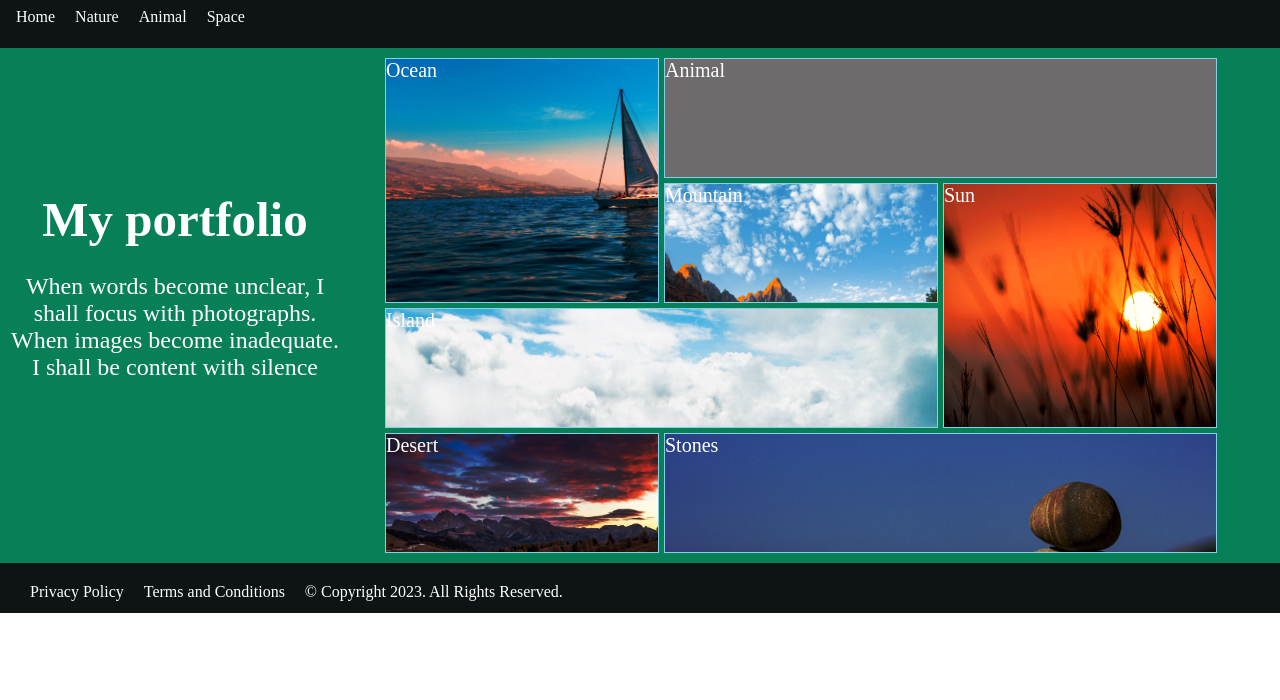
Repository: suraj-yadav7/03_Gallery_Portfolio
Page: index.html
The author's editor kept a copy of each file at every save. The page is drawn from the files as they stood at one save, then again after the next save.
The browser window is 1280 px wide. The pictures show the whole page.
Pictures or frames that could not be fetched are drawn as grey boxes. Some web fonts or font styles are not loaded; a fallback is used.

Above is the page before, as saved 2023-02-14 21:37:48.

### index.html
<!DOCTYPE html>
<html lang="en">
<head>
    <meta charset="UTF-8">
    <meta http-equiv="X-UA-Compatible" content="IE=edge">
    <meta name="viewport" content="width=device-width, initial-scale=1.0">
    <title>Gallery</title>
    <link rel="stylesheet" href="style.css">
</head>
<body>
    <nav class="nav-section">
        <div class="nav-container">
        <ul class="nav-item flex">
            <li>    <a href="#">Home</a>   </li>
            <li>    <a href="#">Nature</a> </li>
            <li>    <a href="#">Animal</a> </li>
            <li>    <a href="#">Space</a> </li>
        </ul>
        </div>
    </nav>

        <div class="container flex">
            <div class="header-text">
                <h1 class="heading">My portfolio</h1>
                <p class="para">When words become unclear, I shall focus with photographs. When images become inadequate. I shall be content with silence</p>
            </div>
            <div class="gallery-layout">
                <div class="box" id="box1">Ocean</div>
                <div class="box" id="box2">Animal</div>
                <div class="box" id="box3">Mountain</div>
                <div class="box" id="box4">Sun</div>
                <div class="box" id="box5">Island</div>
                <div class="box" id="box6">Desert</div>
                <div class="box" id="box7">Stones</div>
            </div>
        </div>
        <footer>
            <div class="flex">
                <a>Privacy Policy</a>
                <a>Terms and Conditions</a>
                <a>© Copyright 2023. All Rights Reserved.</a>
            </div>
        </footer>
</body>
</html>

### style.css
@import url('https://fonts.googleapis.com/css2?family=Bodoni+Moda:ital,opsz@0,6..96;1,6..96&display=swap');

*{
    margin: 0;
    padding: 0;
    box-sizing: border-box;
}

:root{
    --primary-text-color: #1a0000;
    --secondary-text-color:  #33331a;
    --accent-color:  #cc99ff;
    --accent-dark-color: #4d88ff;
    --padding-inline-section: 20px;
}


/* Utility */


a{
    text-decoration: none;
    color: rgb(255, 255, 255);


}

.flex{
    display: flex;
    align-items: center;

}

/* Nav section */
.nav-container{
    background-color: rgb(14, 20, 20);
    padding: 1rem;
    font-family: 'Bodoni Moda', serif;
    font-size: 1rem;
    height: 3rem;


}
.nav-item{
    gap: 20px;
    list-style: none;
    margin-top: -0.5rem;
}
a:hover{
    color:#fff;
}

/*main -section */
.container{
    background-color: rgb(7, 127, 87);
    padding-block: 10px;
    gap: 35px;
    font-family: "bodoni modo" ;

}
.header-text{
    height: 250px;
   width: 350px;
    color: white;
    text-align: center;
    padding: 10px;

}
.heading{
    font-size: 49px;
}
.para{
    margin-top: 25px;
    font-size: 1.5rem;
}
.gallery-layout{
    display: grid;
    row-gap: 5px;
    column-gap: 5px;
    grid-template-columns: repeat(3, 1fr);
    grid-auto-rows: 120px;
    flex-basis: 65%;

}

.box{
    background-color: rgb(63, 60, 60);
    border: 1px solid skyblue;
    background-size: cover;
    background-position: top;
    background-blend-mode: hard-light;
    transition: all 1s ease-in-out;
    cursor: pointer;
    color: white;
    font-size: 20px;


}
.box:hover{
    background-color:rgb(210, 204, 204) ;
    background-position: center;

    box-shadow: 0 0 4px #fff;

}

#box1{
    grid-row: span 2;
    background-image: url("images/pexels-szelei-robert-1482193.jpg");


}

#box2{
    grid-column: span 2;
    background-image: url("images/pexels-dsd-1829979.jpg");

}
#box3{
    background-image: url("images/pexels-michael-block-3225517.jpg");

}

#box4{
    grid-row: span 2;
    background-image: url("images/pexels-darwis-alwan-1454752.jpg");
}

#box5{
    grid-column: span 2;
    background-image: url("images/pexels-michael-block-3225524.jpg");

}
#box6{
    background-image: url("images/pexels-michal-lizuch-2919720.jpg");

}

#box7{
    grid-column: span 2;
    background-image: url("images/pexels-pixabay-235990.jpg");

}


/* Footer */
footer{
    height: 50px;
    max-width: 100%;
    background-color: rgb(14, 20, 20);
    padding: var(--padding-inline-section);
    font-family: 'Bodoni Moda', serif;
    font-size: 1rem;
}
footer a{
margin:0 10px;
}
/* media queries for Mobile Responsiveness */

@media screen and (max-width: 1024px){

    .container{
        flex-direction: column;
        padding: 20px;
    }
    .box{
        grid-column: span 3;
        grid-row: span 1;

    }
.gallery-layout{
    margin-top:-20px;
    width: 100%;
    grid-auto-rows: 100px;
    padding-inline: 12px;
    row-gap: 10px;

}
#box2, #box5, #box7{
    grid-column: span 3;
}

}

After the next save:
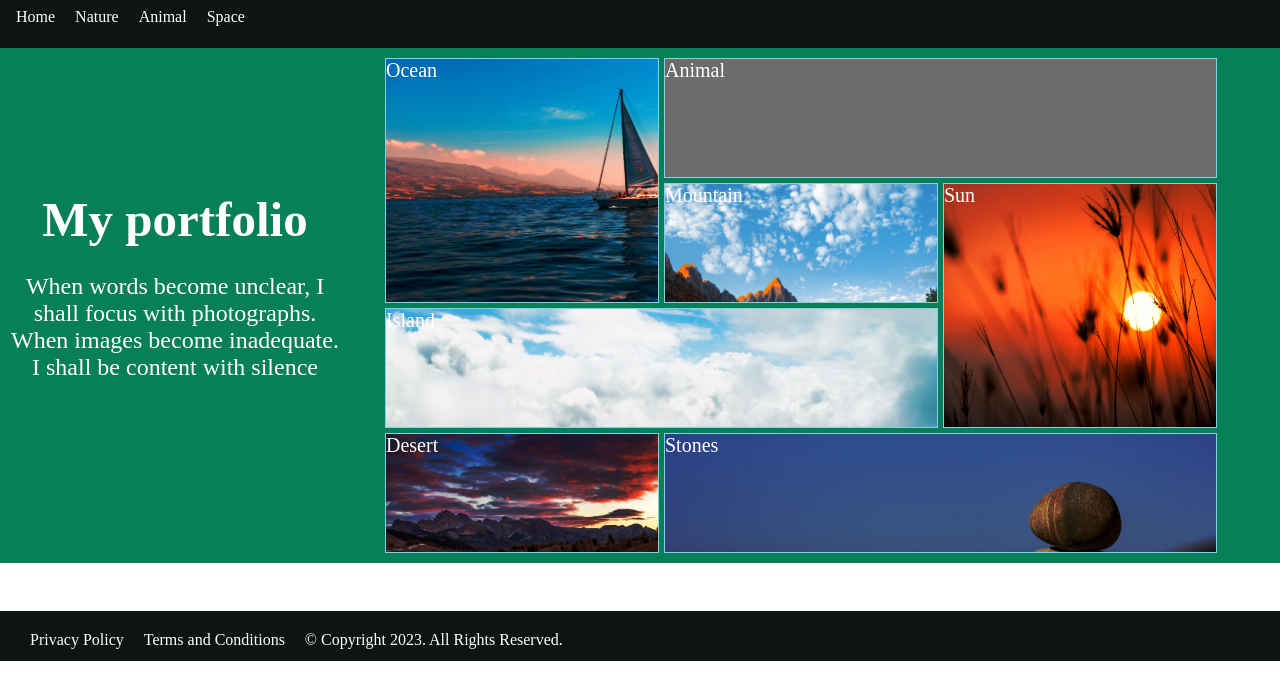
Saved 38 s later.
--- a/style.css
+++ b/style.css
@@ -151,6 +151,7 @@ footer{
     padding: var(--padding-inline-section);
     font-family: 'Bodoni Moda', serif;
     font-size: 1rem;
+    margin-top: 3rem;
 }
 footer a{
 margin:0 10px;
